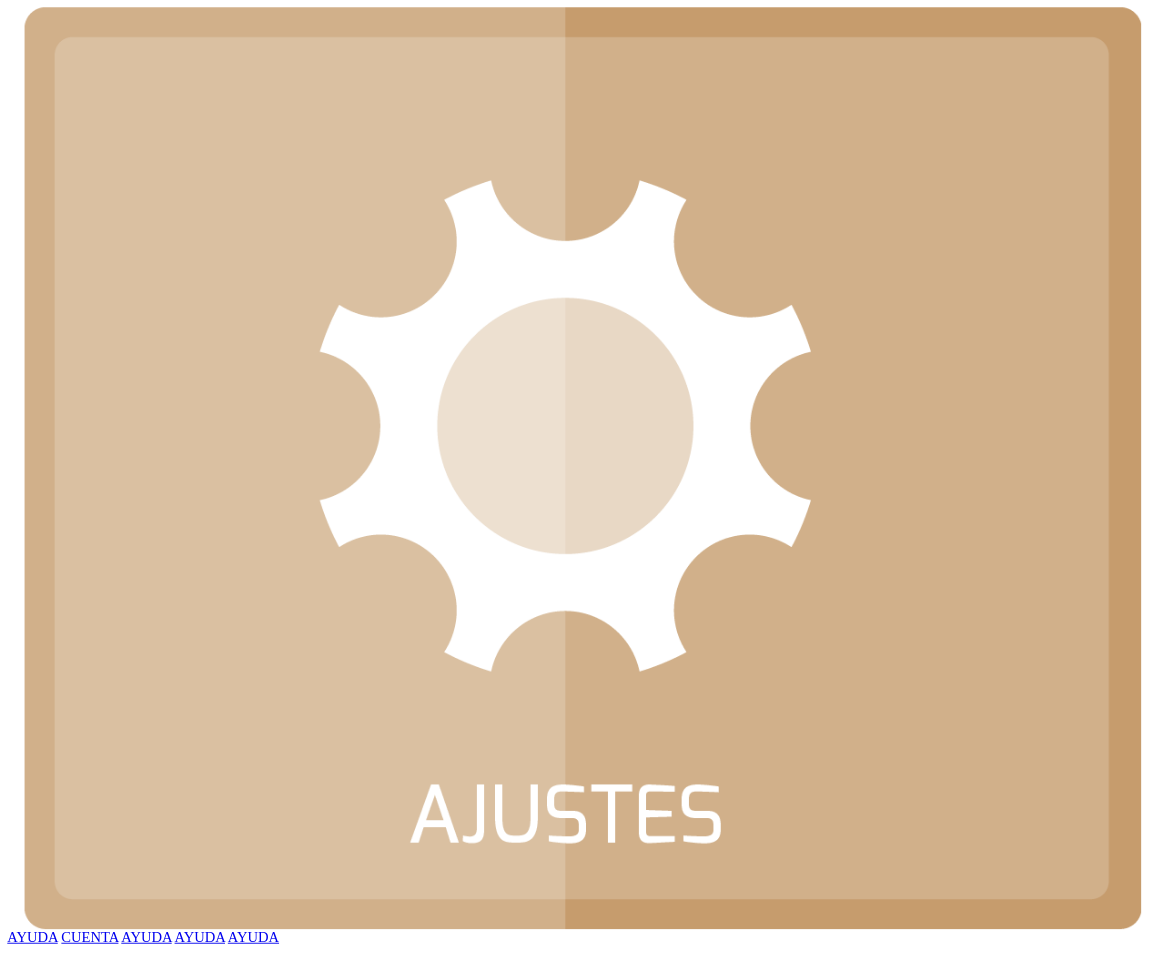
Repository: gamesrol/smartLament
Page: Cliente/partials/opciones.html
The author's editor kept a record of every edit. The page is drawn from the files as they stood at one moment, then again after the next edit.
The browser window is 1280 px wide. The pictures show the whole page, at 91% of full size.

Above is the page before.

After the next edit:
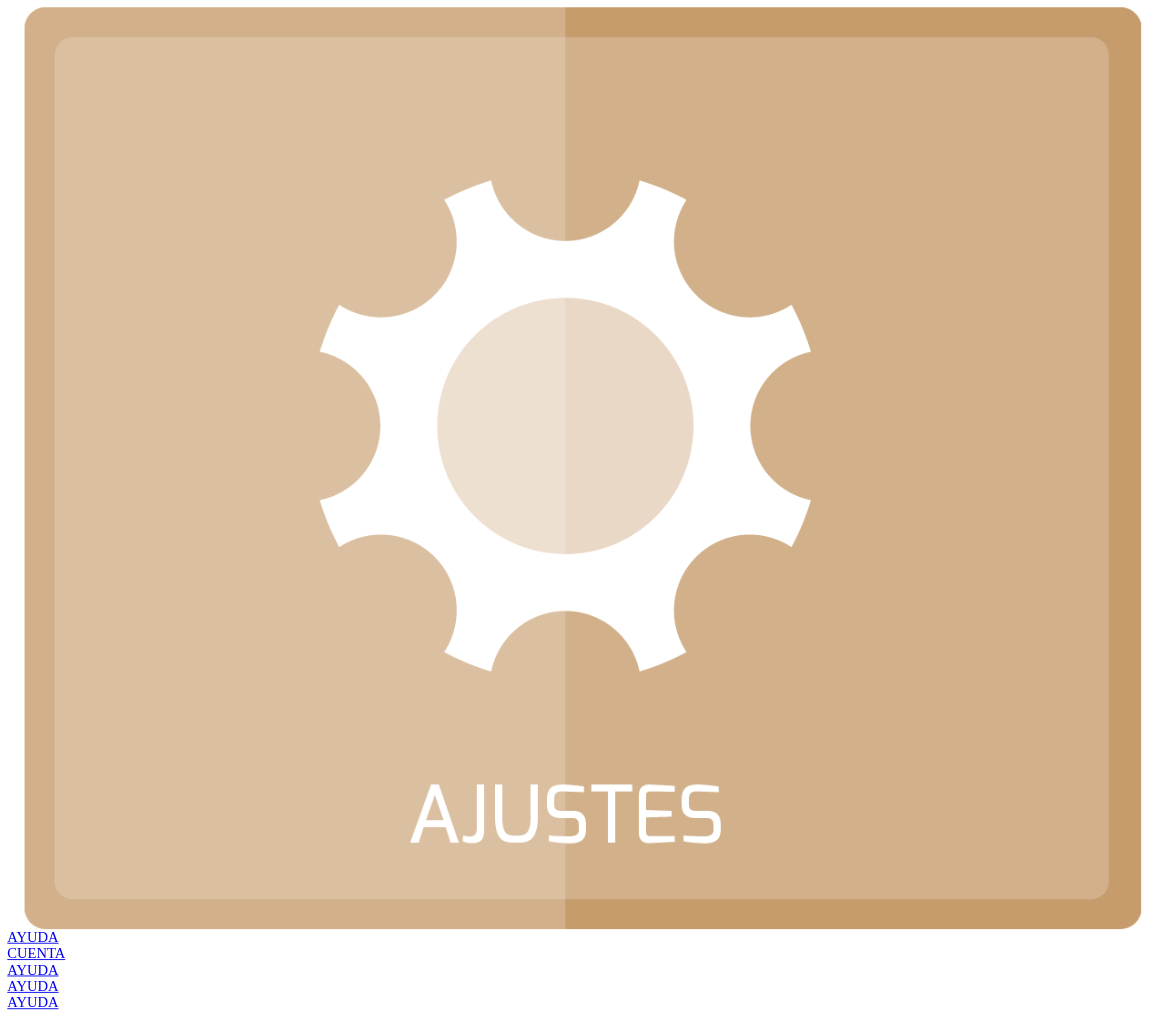
The edit:
--- a/Cliente/partials/opciones.html
+++ b/Cliente/partials/opciones.html
@@ -1,12 +1,11 @@
 <div class="row">
     <div class="col-lg-12">
         <center><a href="#/opciones"><img class="iconsSocial" src="/img/opciones.png" /></a></center>
-    	<div class="opciones">
-			<a href="/#/opciones">AYUDA</a>
-			<a href="/#/opciones">CUENTA</a>
-			<a href="/#/opciones">AYUDA</a>
-			<a href="/#/opciones">AYUDA</a>
-			<a href="/#/opciones">AYUDA</a>
+    	<div class="opciones"><a href="/#/opciones">AYUDA</a></div>
+		<div class="opciones"><a href="/#/opciones">CUENTA</a>
+		<div class="opciones"><a href="/#/opciones">AYUDA</a>
+		<div class="opciones"><a href="/#/opciones">AYUDA</a>
+		<div class="opciones"><a href="/#/opciones">AYUDA</a>
 
     </div>
 </div>
